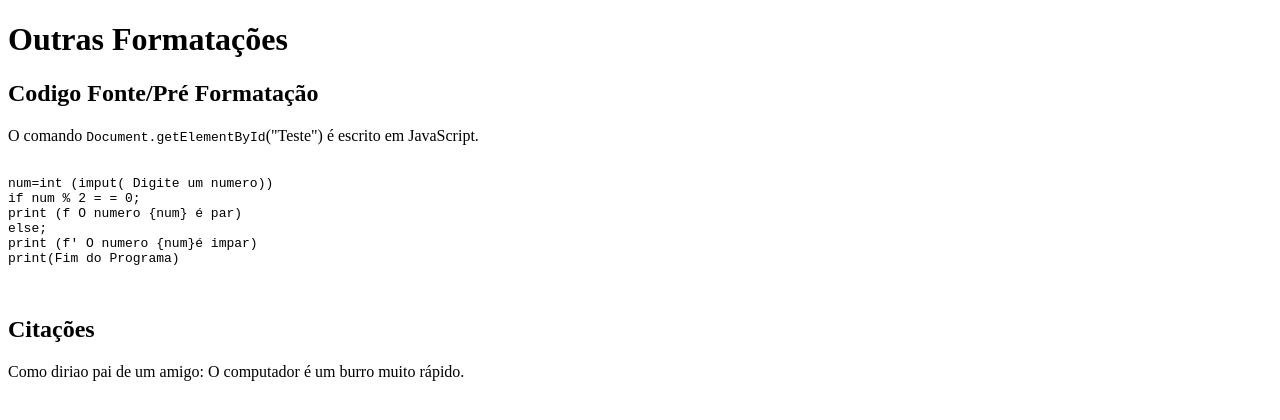
Repository: Guillermomarcon/exercicios
Page: ex009/index.html
An editor plug-in stored every save of this project. The page is shown before and after the next save, followed by the edit.
The browser window is 1280 px wide. The pictures show the whole page.

Above is the page before, as saved 2020-12-10 01:36:25.

After the next save:
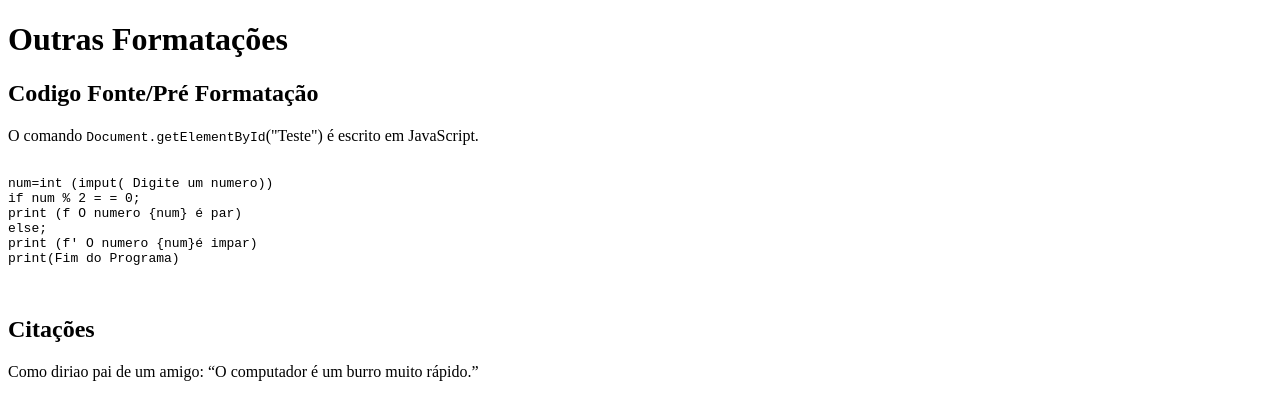
Saved 21 s later.
--- a/ex009/index.html
+++ b/ex009/index.html
@@ -22,7 +22,7 @@ print(Fim do Programa)
         </pre>
     </p>
     <h2>Citações</h2>
-    <p>Como diriao pai de um amigo: O computador é um burro muito rápido.</p>
+    <p>Como diriao pai de um amigo: <q>O computador é um burro muito rápido.</q></p>
 
 
 </body>
